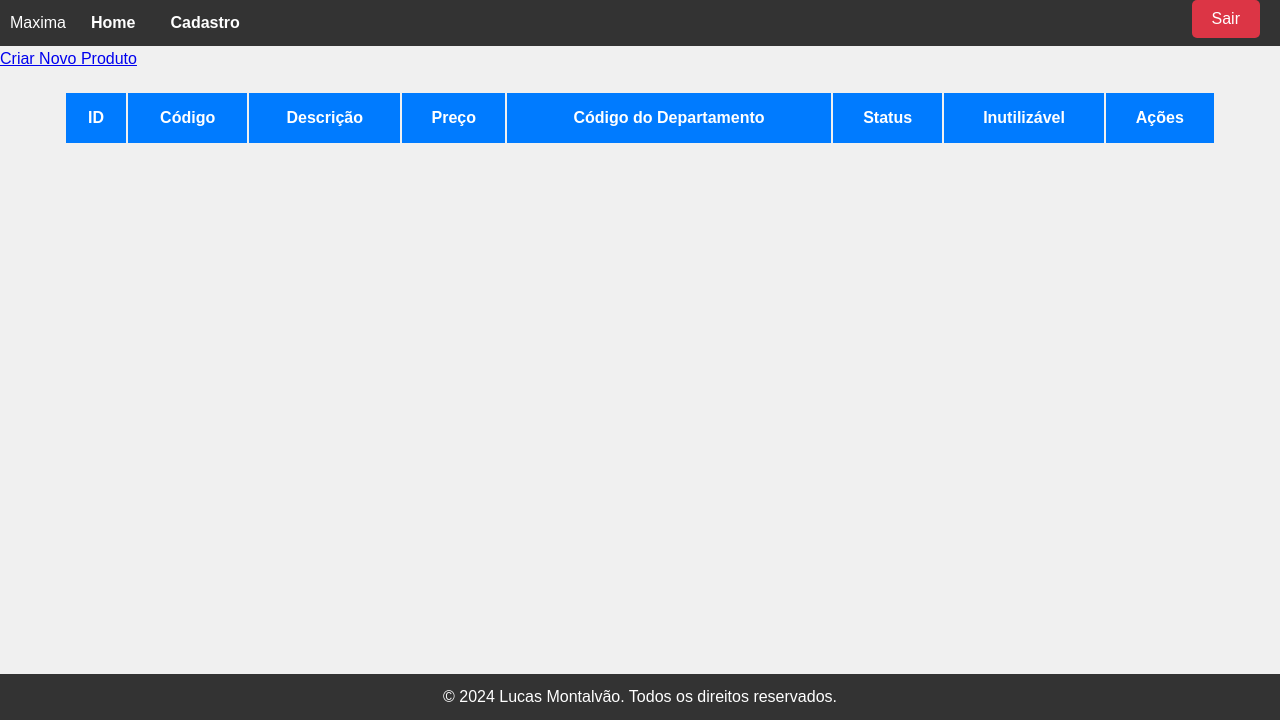
Repository: LucasMontalvao1/ProjetoMaxima
Page: /produto (app in AngularMaxima/)
These files come from the project's save history. The page is drawn as it stood at one moment and after the next save; the edit follows.
The browser window is 1280 px wide. The pictures show the whole page.
The page's requests for data from a server got no answer. The project was rebuilt for these pictures with package versions that can differ from the ones it lists, and the page was loaded fresh each time. No one was signed in, and anything a server would have sent is missing. Also part of the build but not shown: AngularMaxima/angular.json, AngularMaxima/src/app/pages/login/login.component.ts, AngularMaxima/src/app/pages/home/home.component.ts.

Above is the page before, as saved 2024-07-14 20:12:09.

### AngularMaxima/src/index.html
<!doctype html>
<html lang="en">
<head>
  <meta charset="utf-8">
  <title>AngularMaxima</title>
  <base href="/">
  <meta name="viewport" content="width=device-width, initial-scale=1">
  <link rel="icon" type="image/x-icon" href="favicon.ico">
</head>
<body>
  <app-root></app-root>
</body>
</html>

### AngularMaxima/src/styles.css
* {
  margin: 0;
  padding: 0;
  box-sizing: border-box;
}

body {
  font-family: Arial, sans-serif;
  background-color: #f0f0f0;
  font-size: 16px;
  line-height: 1.6;
}

.container {
  display: flex;
  flex-direction: column;
  justify-content: space-between;
  min-height: 100vh;
}

### AngularMaxima/src/app/app.module.ts
import { NgModule } from '@angular/core';
import { BrowserModule } from '@angular/platform-browser';

import { AppRoutingModule } from './app-routing.module';
import { AppComponent } from './app.component';
import { LoginComponent } from './pages/login/login.component';
import { ReactiveFormsModule } from '@angular/forms';
import { HttpClientModule } from '@angular/common/http';
import { AuthService } from './services/auth.service';
import { HomeComponent } from './pages/home/home.component';
import { MenuComponent } from './layout/menu/menu.component';
import { FooterComponent } from './layout/footer/footer.component';
import { ProdutosComponent } from './pages/produto/produto.component';

@NgModule({
  declarations: [
    AppComponent,
    LoginComponent,
    HomeComponent,
    MenuComponent,
    FooterComponent,
    ProdutosComponent,

  ],
  imports: [
    BrowserModule,
    AppRoutingModule,
    ReactiveFormsModule,
    HttpClientModule
  ],
  providers: [AuthService],
  bootstrap: [AppComponent]
})
export class AppModule { }

### AngularMaxima/src/app/app-routing.module.ts
import { NgModule } from '@angular/core';
import { RouterModule, Routes } from '@angular/router';
import { LoginComponent } from './pages/login/login.component';
import { HomeComponent } from './pages/home/home.component';
import { ProdutosComponent } from './pages/produto/produto.component';

const routes: Routes = [
  { path: '', redirectTo: '/login', pathMatch: 'full'},
  { path: 'login', component: LoginComponent},
  { path: 'home', component: HomeComponent},
  { path: 'produto', component: ProdutosComponent},
  { path: 'home', component: HomeComponent},
];

@NgModule({
  imports: [RouterModule.forRoot(routes)],
  exports: [RouterModule]
})
export class AppRoutingModule { }

### AngularMaxima/src/app/app.component.ts
import { Component } from '@angular/core';

@Component({
  selector: 'app-root',
  templateUrl: './app.component.html',
  styleUrls: ['./app.component.css']
})
export class AppComponent {
  title = 'AngularMaxima';
}

### AngularMaxima/src/app/services/auth.service.ts
import { Injectable } from '@angular/core';
import { HttpClient } from '@angular/common/http';
import { Observable } from 'rxjs';
import { environment } from '../../../src/environments/environment';
import { Router } from '@angular/router';

@Injectable({
  providedIn: 'root'
})
export class AuthService {

  private apiUrl = environment.apiUrl;

  constructor(private http: HttpClient, private router: Router) { }

  login(username: string, password: string): Observable<any> {
    const body = { username, password };
    return this.http.post<any>(`${this.apiUrl}/login`, body, { responseType: 'text' as 'json' });
  }

    logout() {
    this.router.navigate(['/login']);
    }
}

### AngularMaxima/src/app/layout/menu/menu.component.ts
import { Component } from '@angular/core';
import { AuthService } from '../../services/auth.service';

@Component({
  selector: 'app-menu',
  templateUrl: './menu.component.html',
  styleUrls: ['./menu.component.css']
})
export class MenuComponent {

  constructor(private authService: AuthService) {}

  logout() {
    this.authService.logout();
  }
}

### AngularMaxima/src/app/pages/produto/produto.component.ts
// produtos.component.ts

import { Component, OnInit } from '@angular/core';
import { Produto } from '../../models/produto.model';
import { ProdutoService } from '../../services/produto.service';

@Component({
  selector: 'app-produtos',
  templateUrl: './produto.component.html',
  styleUrls: ['./produto.component.css']
})
export class ProdutosComponent implements OnInit {
  produtos: Produto[] = []; // Inicializando a propriedade produtos como um array vazio

  constructor(private produtoService: ProdutoService) { }

  ngOnInit(): void {
    this.CarregarProdutos();
  }

  CarregarProdutos(): void {
    this.produtoService.getAllProdutos().subscribe(
      (data: Produto[]) => {
        this.produtos = data;
      },
      (error) => {
        console.error('Erro ao carregar produtos:', error);
      }
    );
  }

  buscarProdutoPorId(id: number): void {
    this.produtoService.getProdutoById(id).subscribe(
      (produto: Produto) => {
        console.log('Produto encontrado:', produto);
        // Aqui você pode implementar lógica para lidar com o produto encontrado
      },
      (error) => {
        console.error('Erro ao buscar produto por ID:', error);
      }
    );
  }


  criarProduto(): void {
    const novoProduto: Produto = {
      codigo: 'NovoCodigo',
      descricao: 'Nova Descrição',
      preco: 0,
      departamentoCodigo: '001',
      status: 0,
      inutilizavel: 0
    };

    this.produtoService.createProduto(novoProduto).subscribe(
      (response: Produto) => {
        console.log('Produto criado com sucesso:', response);
        this.CarregarProdutos(); // Recarrega a lista de produtos após criar um novo
      },
      (error) => {
        console.error('Erro ao criar produto:', error);
      }
    );
  }

  editarProduto(id: number): void {
    // Implemente conforme necessário, utilizando o serviço ProdutoService
    // Exemplo de uso: this.produtoService.updateProduto(id, produto).subscribe(...)
  }

  detalhesProduto(id: number): void {
    // Implemente conforme necessário, utilizando o serviço ProdutoService
    // Exemplo de uso: this.produtoService.getProdutoById(id).subscribe(...)
  }

  excluirProduto(id: number): void {
    if (confirm('Tem certeza que deseja apagar este produto?')) {
      this.produtoService.deleteProduto(id).subscribe(
        () => {
          console.log('Produto excluído com sucesso.');
          this.CarregarProdutos(); // Recarrega a lista de produtos após excluir um produto
        },
        (error) => {
          console.error('Erro ao apagar produto:', error);
        }
      );
    }
  }
}

### AngularMaxima/src/environments/environment.ts
export const environment = {
  production: false,
  apiUrl: 'https://localhost:7041'
};

### AngularMaxima/src/app/layout/menu/menu.component.html
<div class="menu-container">
  <nav class="menu">
    <ul>
      <li>Maxima</li>
      <li><a routerLink="/home">Home</a></li>
      <li class="cadastro">
        <a href="#">Cadastro</a>
        <div class="submenu">
          <a routerLink="/produto">Produtos</a>
          <a routerLink="/departamento">Departamentos</a>
        </div>
      </li>
    </ul>
  </nav>

  <div class="user-actions">
    <button class="logout-button" (click)="logout()">Sair</button>
  </div>
</div>

### AngularMaxima/src/app/layout/menu/menu.component.css
/* styles.css (ou menu.component.css) */

.menu {
  background-color: #333;
  color: white;
  padding: 10px;
  display: flex;
  justify-content: space-between;
  align-items: center;
  position: relative; /* Adicionado para posicionamento absoluto do submenu */
  width: 100%;
}

.menu ul {
  list-style-type: none;
  display: flex;
}

.menu ul li {
  margin-right: 15px;
  position: relative; /* Adicionado para posicionamento absoluto do submenu */
}

.menu ul li a {
  color: white;
  text-decoration: none;
  font-weight: bold;
  padding: 10px;
  position: relative;
}

.menu ul li a:hover {
  text-decoration: underline;
}

.submenu {
  display: none;
  position: absolute;
  background-color: #333;
  padding: 10px;
  top: 100%; /* Posiciona o submenu abaixo do item de menu */
  left: 0;
  z-index: 1; /* Garante que o submenu apareça sobre outros elementos */
}

.menu ul li.cadastro:hover .submenu {
  display: block; /* Mostra o submenu quando o mouse passa sobre o item de menu */
}

.user-actions {
  margin-left: auto;
}

.logout-button {
  background-color: #dc3545;
  color: white;
  border: none;
  padding: 10px 20px;
  border-radius: 5px;
  cursor: pointer;
  font-size: 1rem;
}

.logout-button:hover {
  background-color: #c82333;
}

.header {
  position: fixed;
  top: 0;
  left: 0;
  width: 100%;
  background-color: #333;
  color: white;
  padding: 10px 20px;
  display: flex;
  justify-content: space-between;
  align-items: center;
}

.menu-container {
  display: flex;
  align-items: center; /* Ajuste para centralizar verticalmente */
}

.user-actions {
  position: absolute;
  top: 0;
  right: 20px; /* Ajuste a margem direita conforme necessário */
}

### AngularMaxima/src/app/layout/footer/footer.component.html
<footer class="footer">
  <p>&copy; 2024 Lucas Montalvão. Todos os direitos reservados.</p>
</footer>

### AngularMaxima/src/app/layout/footer/footer.component.css
.footer {
  background-color: #333;
  color: white;
  text-align: center;
  padding: 10px 0;
  width: 100%;
  position: fixed;
  bottom: 0;
  left: 0;
  z-index: 1000; /* Ajuste conforme necessário */
}

### AngularMaxima/src/app/pages/produto/produto.component.html
<app-menu></app-menu>
<p>
    <a routerLink="/produtos/create" class="btn btn-criar">Criar Novo Produto</a>
</p>

<table class="table table-striped table-hover">
    <thead>
        <tr>
            <th>ID</th>
            <th>Código</th>
            <th>Descrição</th>
            <th>Preço</th>
            <th>Código do Departamento</th>
            <th>Status</th>
            <th>Inutilizável</th>
            <th>Ações</th>
        </tr>
    </thead>
    <tbody>
        <tr *ngFor="let produto of produtos">
            <td>{{ produto.id }}</td>
            <td>{{ produto.codigo }}</td>
            <td>{{ produto.descricao }}</td>
            <td>{{ produto.preco | currency }}</td>
            <td>{{ produto.departamentoCodigo }}</td>
            <td>{{ produto.status }}</td>
            <td>{{ produto.inutilizavel }}</td>
            <td>
                <a routerLink="/produto/edit/{{ produto.id }}" class="btn btn-primary">Editar</a>
                <a routerLink="/produto/details/{{ produto.id }}" class="btn btn-primary">Detalhes</a>
                <button (click)="(produto.id)" class="btn btn-danger">Apagar</button>
            </td>
        </tr>
    </tbody>
</table>
<app-footer></app-footer>

### AngularMaxima/src/app/pages/produto/produto.component.css
.table {
  width: 90%;
  margin: 20px auto; /* Centraliza a tabela com margem */
}

.table th, .table td {
  text-align: center;
  padding: 12px; /* Aumenta o padding para dar mais espaço nos botões */
}

.table th {
  background-color: #007BFF; /* Cor azul para o cabeçalho */
  color: white;
  font-size: 16px;
  font-weight: bold;
}

.table td {
  background-color: #f8f9fa; /* Cor de fundo das células */
}

.table .btn {
  border-radius: 8px; /* Borda arredondada */
  margin-right: 15px;
  padding: 10px 16px; /* Aumenta o padding para deixar os botões maiores */
  cursor: pointer; /* Define o cursor como ponteiro para indicar que é clicável */
}

.table .btn-primary {
  background-color: #007BFF; /* Cor azul para os botões "Editar" e "Detalhes" */
  color: white;
}

.table .btn-primary:hover {
  background-color: #0056b3; /* Cor mais escura ao passar o mouse */
}

.table .btn-danger {
  background-color: #dc3545; /* Cor vermelha para o botão "Apagar" */
  color: white;
}

.table .btn-danger:hover {
  background-color: #c82333; /* Cor mais escura ao passar o mouse */
}

### AngularMaxima/src/app/services/produto.service.ts
import { Injectable } from '@angular/core';
import { HttpClient } from '@angular/common/http';
import { Observable } from 'rxjs';
import { environment } from '../../../src/environments/environment';
import { Router } from '@angular/router';
import { Produto } from '../models/produto.model';

@Injectable({
  providedIn: 'root'
})
export class ProdutoService {

  private apiUrl = environment.apiUrl;

  constructor(private http: HttpClient, private router: Router) { }

  getAllProdutos(): Observable<Produto[]> {
    return this.http.get<Produto[]>(`${this.apiUrl}/produto`);
  }

  getProdutoById(id: number): Observable<Produto> {
    return this.http.get<Produto>(`${this.apiUrl}/produtos/${id}`);
  }

  createProduto(produto: Produto): Observable<Produto> {
    return this.http.post<Produto>(`${this.apiUrl}/produtos`, produto);
  }

  updateProduto(id: number, produto: Produto): Observable<Produto> {
    return this.http.put<Produto>(`${this.apiUrl}/produtos/${id}`, produto);
  }

  deleteProduto(id: number): Observable<any> {
    return this.http.delete<any>(`${this.apiUrl}/produtos/${id}`);
  }
}

Loaded but not shown: AngularMaxima/src/main.ts (common file); AngularMaxima/src/app/layout/footer/footer.component.ts (common file); AngularMaxima/src/app/app.component.html (common file); AngularMaxima/src/app/app.component.css (no stored copy; drawn as an empty file)

After the next save:
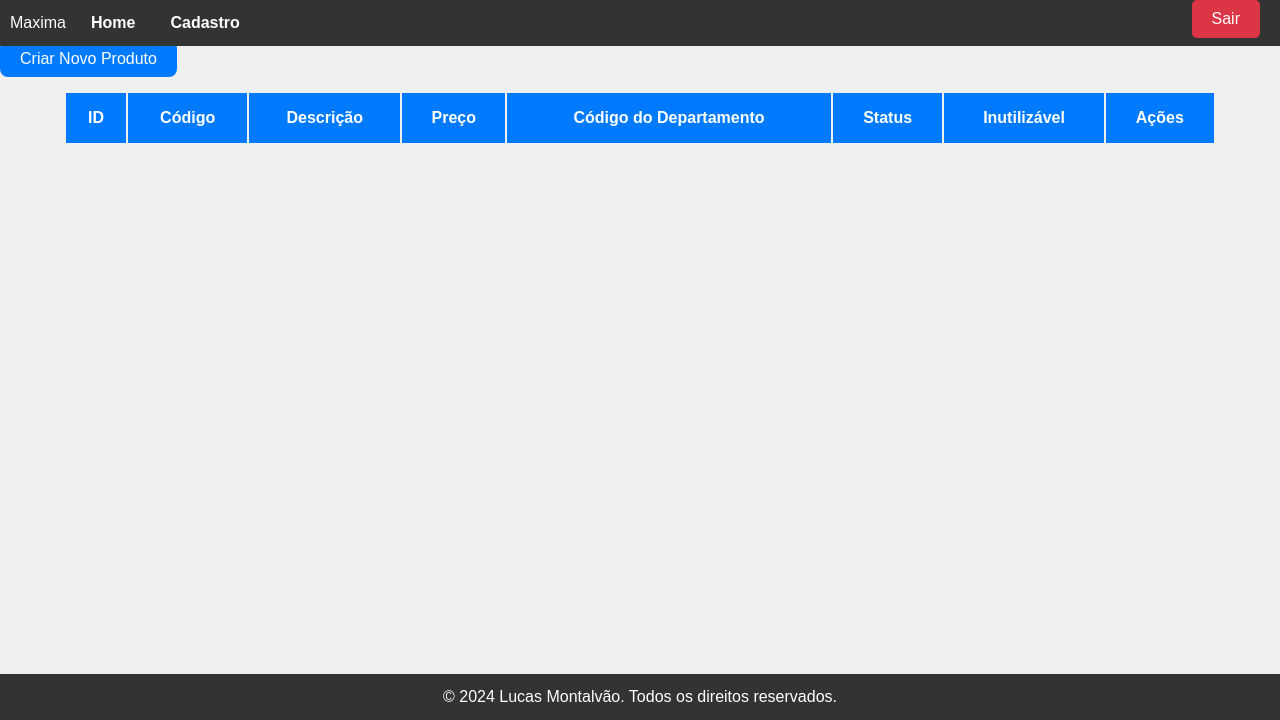
Saved 9 s later.
--- a/AngularMaxima/src/app/pages/produto/produto.component.css
+++ b/AngularMaxima/src/app/pages/produto/produto.component.css
@@ -43,3 +43,17 @@
 .table .btn-danger:hover {
   background-color: #c82333; /* Cor mais escura ao passar o mouse */
 }
+
+.btn-criar {
+  background-color: #007BFF; /* Cor azul para o botão "Criar Novo Produto" */
+  color: white;
+  border: none;
+  padding: 10px 20px;
+  border-radius: 8px;
+  cursor: pointer;
+  text-decoration: none; /* Remove sublinhado padrão para links */
+}
+
+.btn-criar:hover {
+  background-color: #0056b3; /* Cor mais escura ao passar o mouse */
+}
